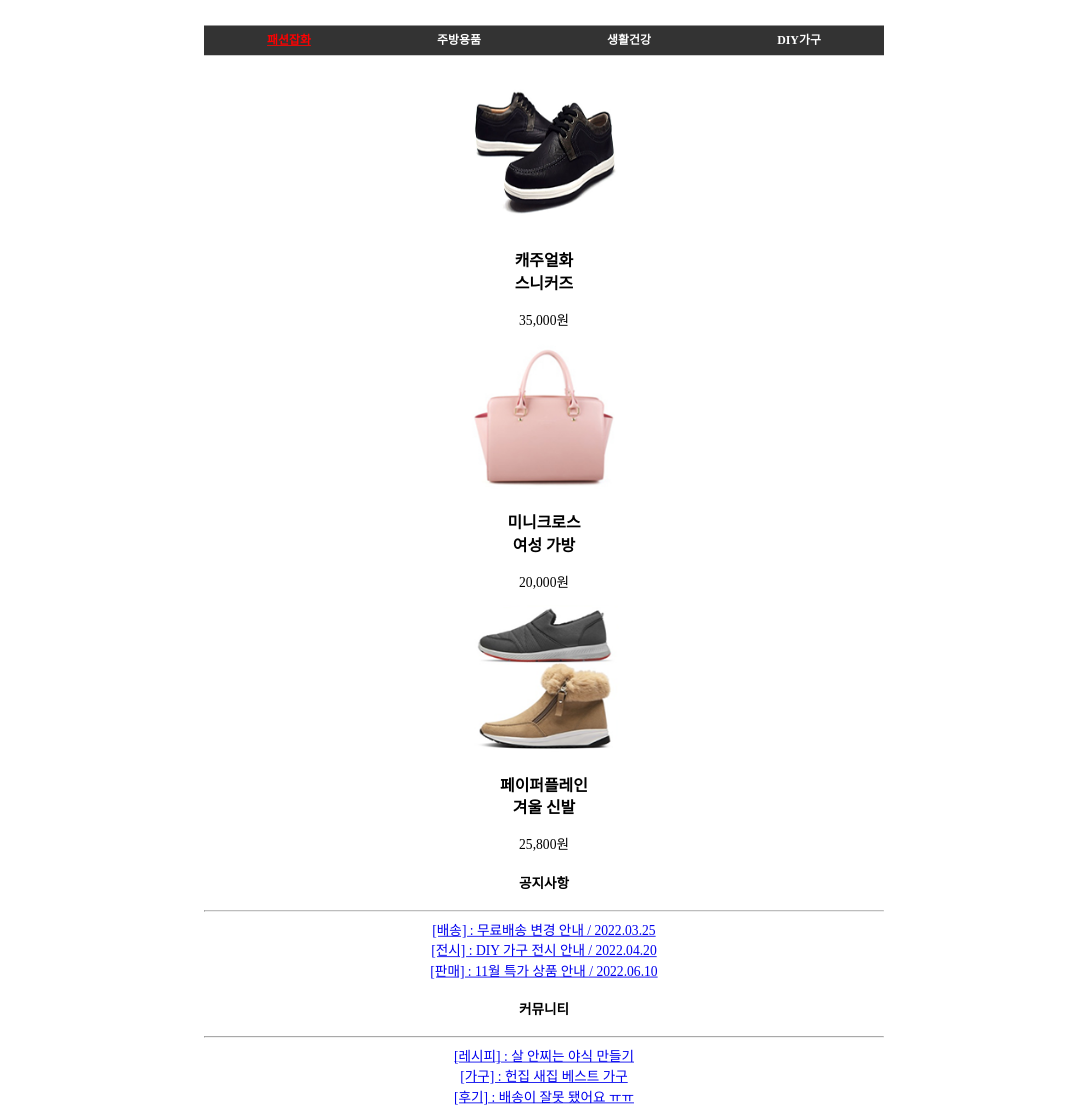
Repository: dudadab/Hhyundaiezwel_Academy
Page: CSS01/src/main/webapp/cssEx.html
These files come from the project's save history. The page is drawn as it stood at one moment and after the next save; the edit follows.
The browser window is 1280 px wide. The pictures show the whole page, at 85% of full size.
The pointer rests on the first visible `#mainMenuBox a`.

Above is the page before, as saved 2025-07-02 07:47:19.

After the next save:
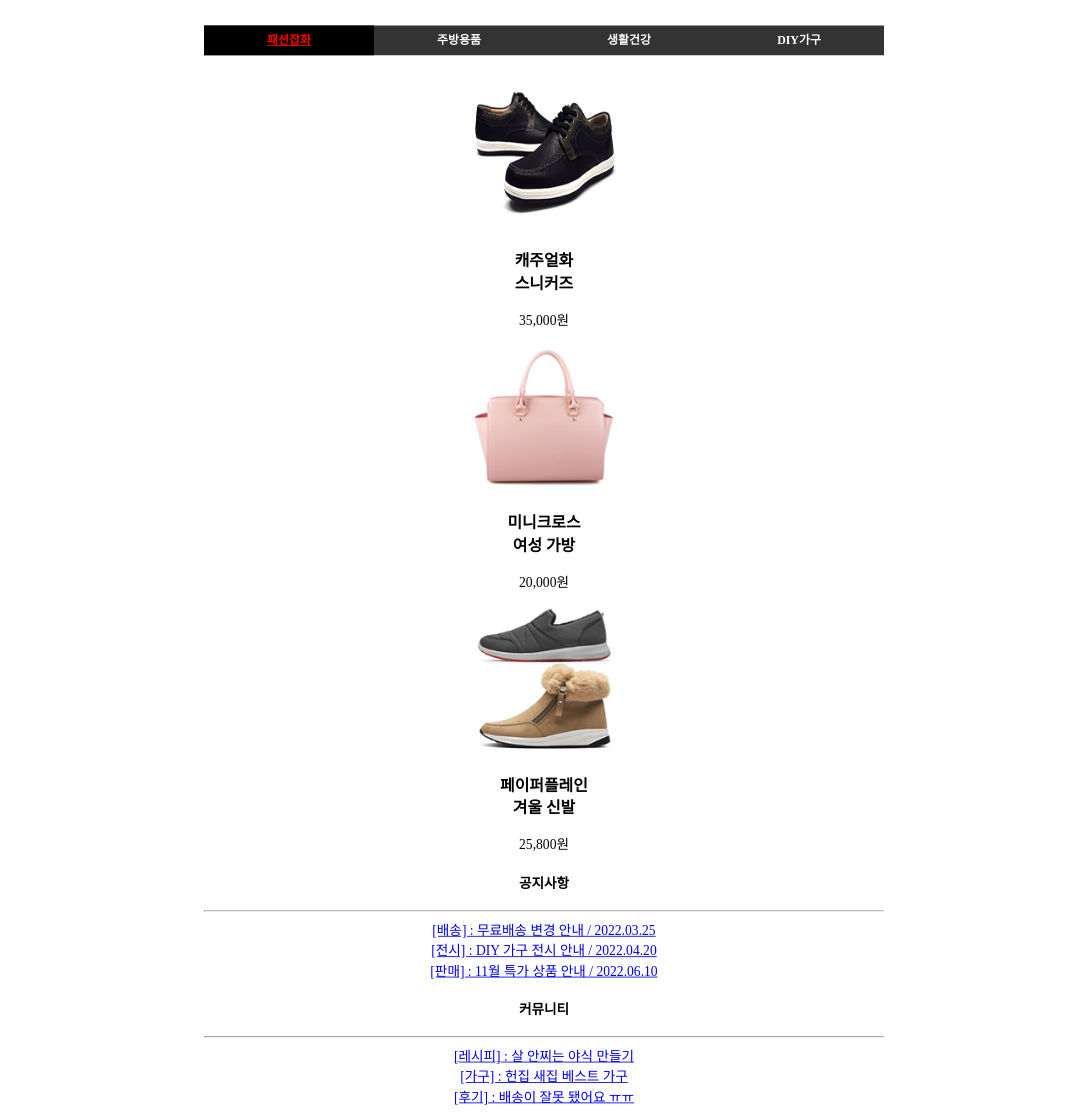
Saved 64 s later.
--- a/CSS01/src/main/webapp/cssEX.css
+++ b/CSS01/src/main/webapp/cssEX.css
@@ -41,4 +41,5 @@
 #mainMenuBox a:hover {/*각 메뉴 항목에 마우스 올릴 시 */
 	color:red;
 	text-decoration:underline;
+	background-color:black;
 }
